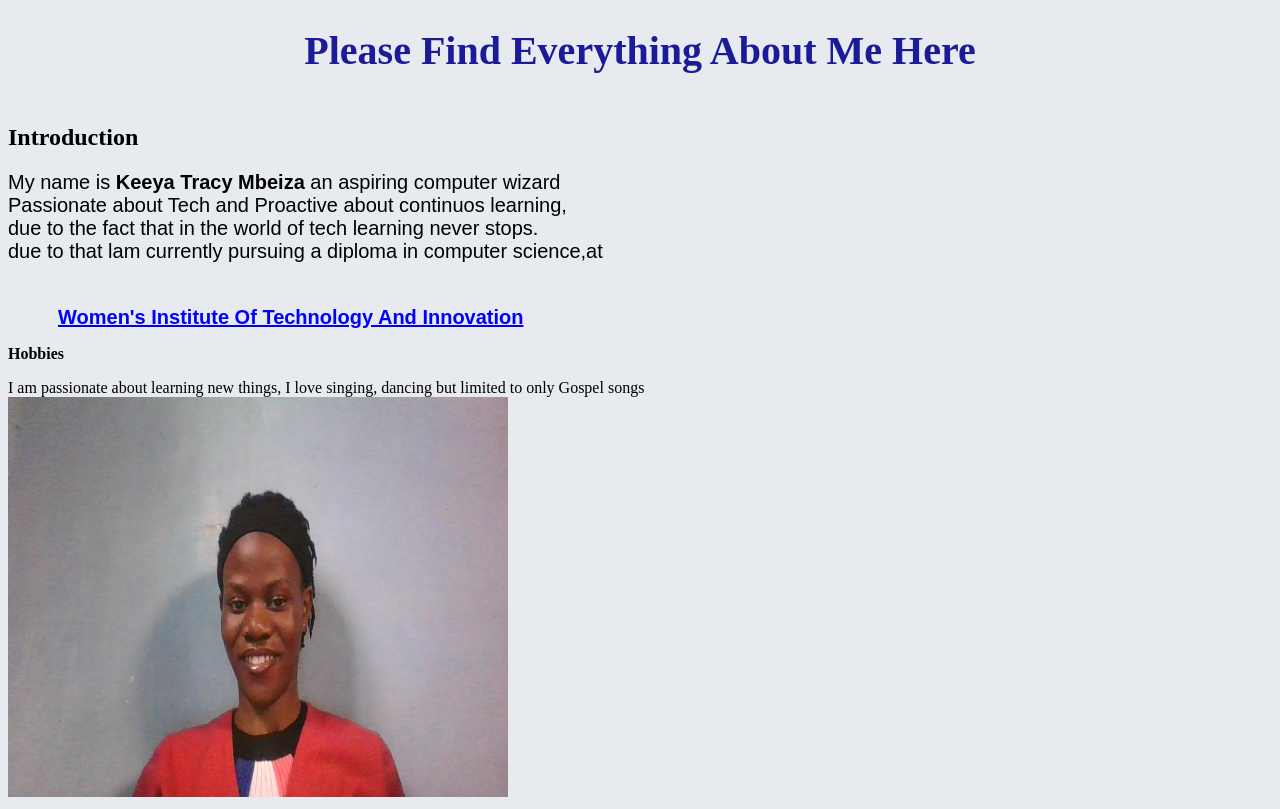
Repository: tracykeeya/my_first_web
Page: index.html
These files come from the project's save history. The page is drawn as it stood at one moment and after a run of saves; the edit follows.
The browser window is 1280 px wide. The pictures show the whole page.

Above is the page before, as saved 2025-11-03 11:44:49.

After the next 3 saves:
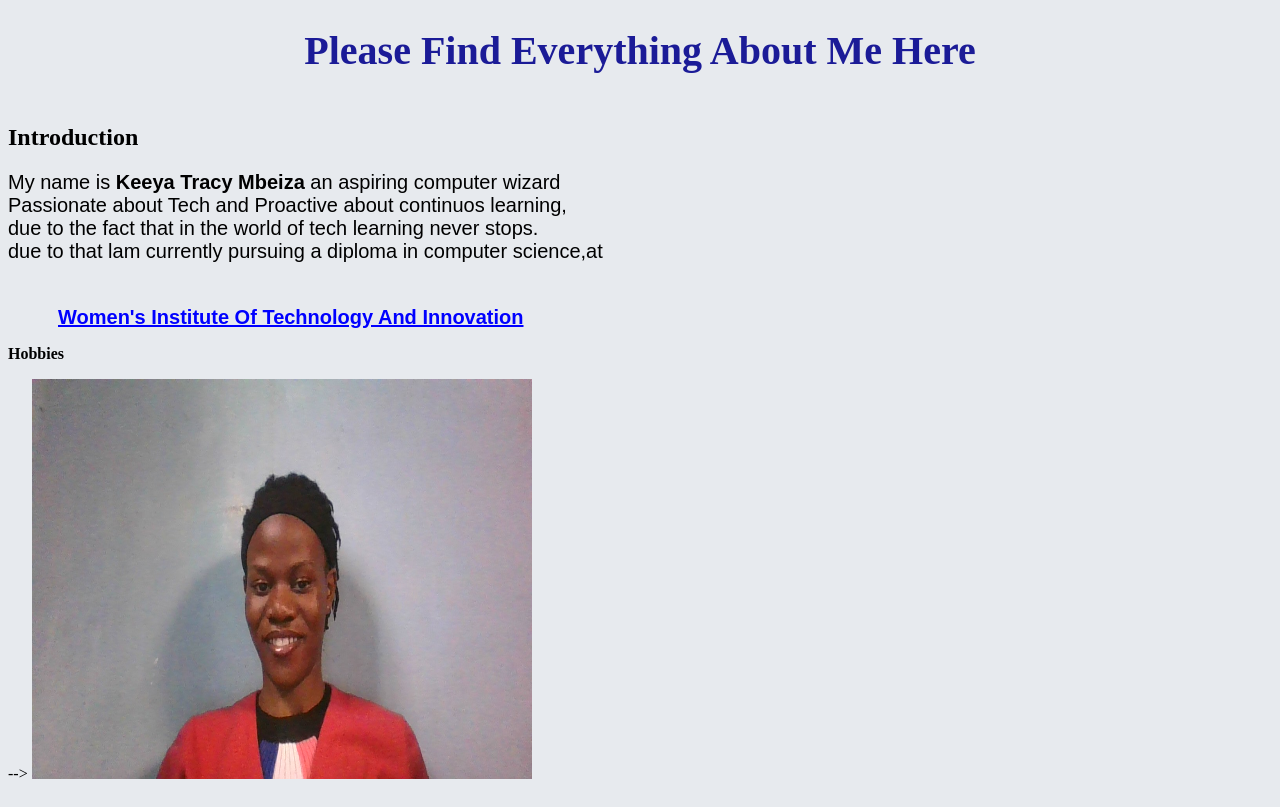
The 3 saves are shown as one change because they came seconds apart.
The last was saved 37 s later.
--- a/index.html
+++ b/index.html
@@ -20,7 +20,7 @@
     <a href="https://www.witi.ac.ug/" style="position: relative; left: 50px; color: rgb(0, 0, 255); font-size: 20px; font-family: Arial, Helvetica, sans-serif"><b> Women's Institute Of Technology And Innovation</b></a>
 
     <p><b>Hobbies</b></p>
-    I am passionate about learning new things,
+    <p am passionate about learning new things,
     I love singing, dancing but limited to only Gospel songs
 
 

After the save that followed:
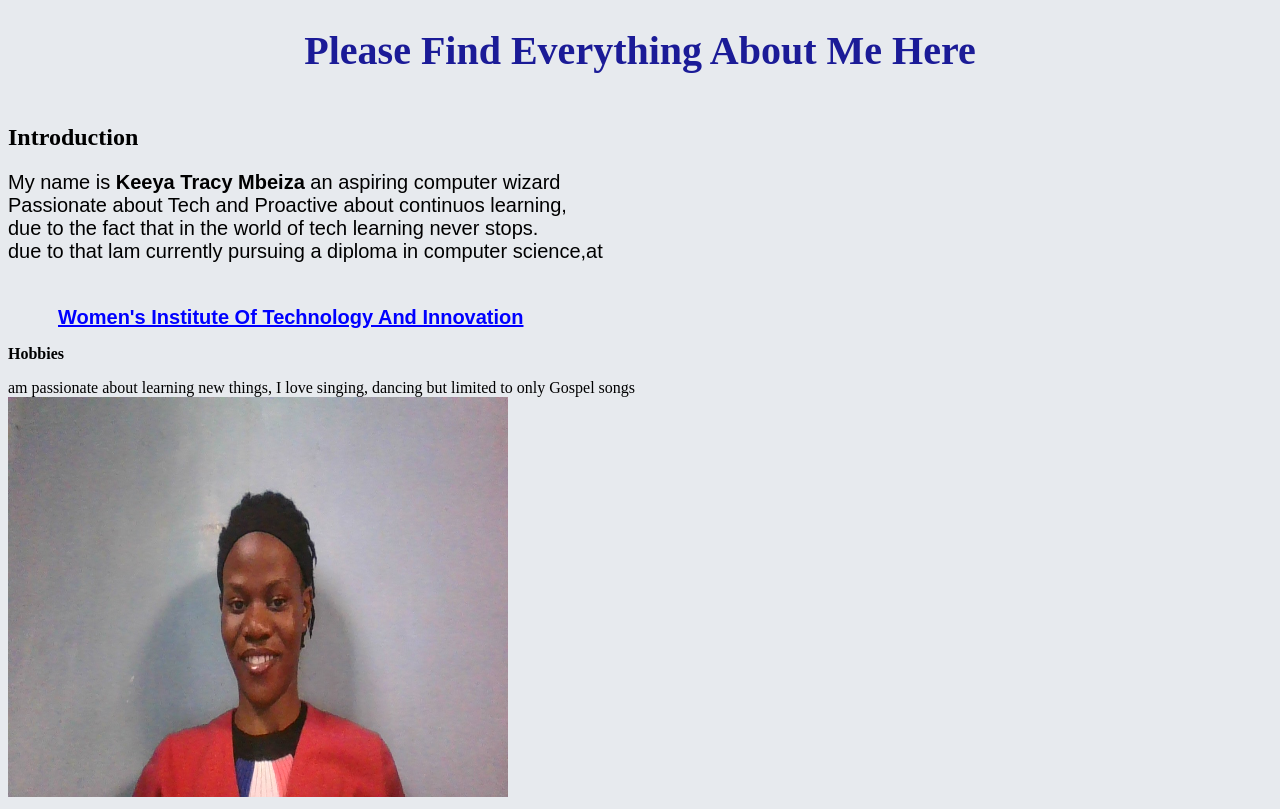
Saved 10 s later.
--- a/index.html
+++ b/index.html
@@ -20,7 +20,7 @@
     <a href="https://www.witi.ac.ug/" style="position: relative; left: 50px; color: rgb(0, 0, 255); font-size: 20px; font-family: Arial, Helvetica, sans-serif"><b> Women's Institute Of Technology And Innovation</b></a>
 
     <p><b>Hobbies</b></p>
-    <p am passionate about learning new things,
+    <p></p> am passionate about learning new things,
     I love singing, dancing but limited to only Gospel songs
 
 
